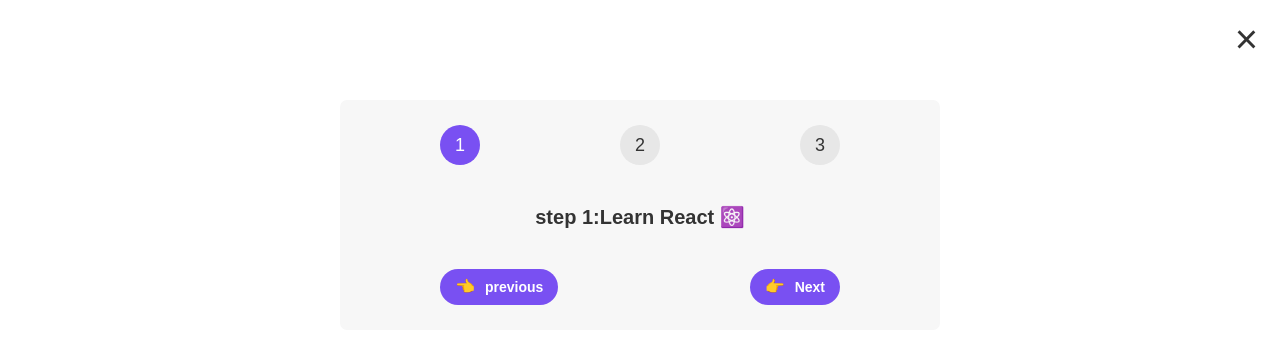
Repository: masamichan/steps
Page: /
The author's editor kept a copy of each file at every save. The page is drawn from the files as they stood at one save, then again after the next save.
The browser window is 1280 px wide. The pictures show the whole page.
The project was rebuilt for these pictures with package versions that can differ from the ones it lists, and the page was loaded fresh each time.

Above is the page before, as saved 2024-01-23 09:17:57.

After the next save:
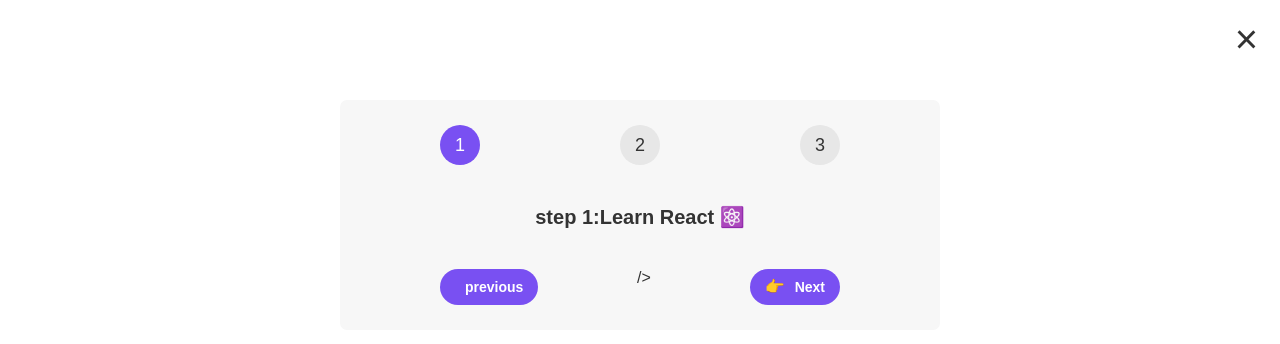
Saved 2 min 8 s later.
--- a/src/App.js
+++ b/src/App.js
@@ -42,7 +42,10 @@ export default function App() {
               textColor="#fff"
               onClick={handlePrevious}
               text="previous"
-              emoji="👈"
+              emoji=""
+            >
+              <span>👈</span> Previous
+            </Button>
             />
             <Button
               bgColor="#7950f2"
